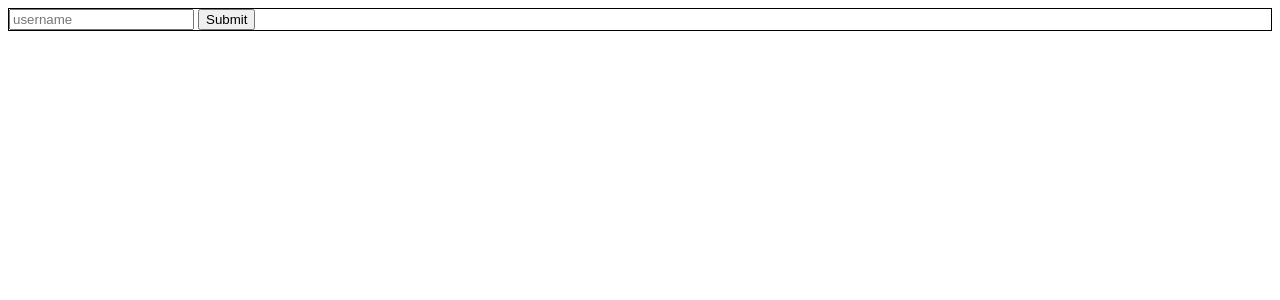
Repository: myoder020/Projects
Page: http://localhost/Forms/form1.jsp
An editor plug-in stored every save of this project. The page is shown before and after the next save, followed by the edit.
The browser window is 1280 px wide. The pictures show the whole page.
The page is served by Tomcat 9. Other server files are loaded and not shown.

Above is the page before, as saved 2015-05-06 02:59:58.

### Servlets/Forms/WebContent/form1.jsp
<%@ page language="java" contentType="text/html; charset=ISO-8859-1"
    pageEncoding="ISO-8859-1"%>
<!DOCTYPE html PUBLIC "-//W3C//DTD HTML 4.01 Transitional//EN" "http://www.w3.org/TR/html4/loose.dtd">
<html>
<head>
<meta http-equiv="Content-Type" content="text/html; charset=ISO-8859-1">
<title>Form</title>

<style>

form {

	border: 1px solid #000;

}

</style>
</head>
<body>

	<form action="/Forms/Controller" method="post">

		<input type="text" name="user" placeholder="username"/>
		<input type="submit" value="Submit"/>

	</form>


</body>
</html>

After the next save:
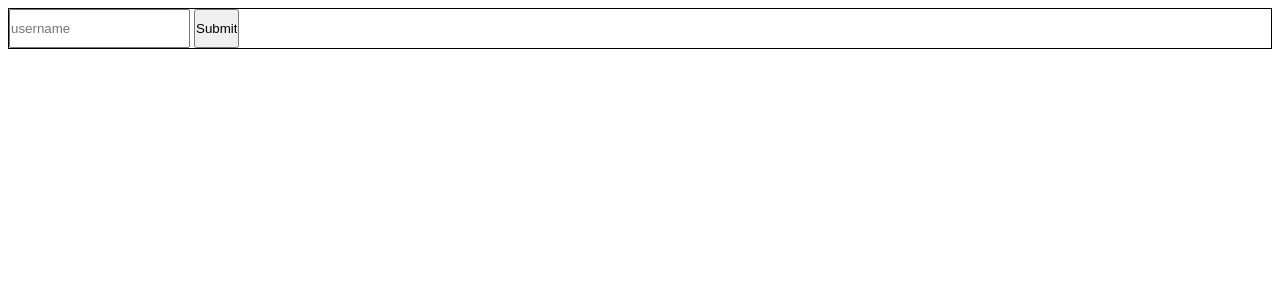
Saved 37 s later.
--- a/Servlets/Forms/WebContent/form1.jsp
+++ b/Servlets/Forms/WebContent/form1.jsp
@@ -11,6 +11,12 @@
 form {
 
 	border: 1px solid #000;
+
+}
+
+form input {
+
+	padding: 10px 0;
 
 }
 
